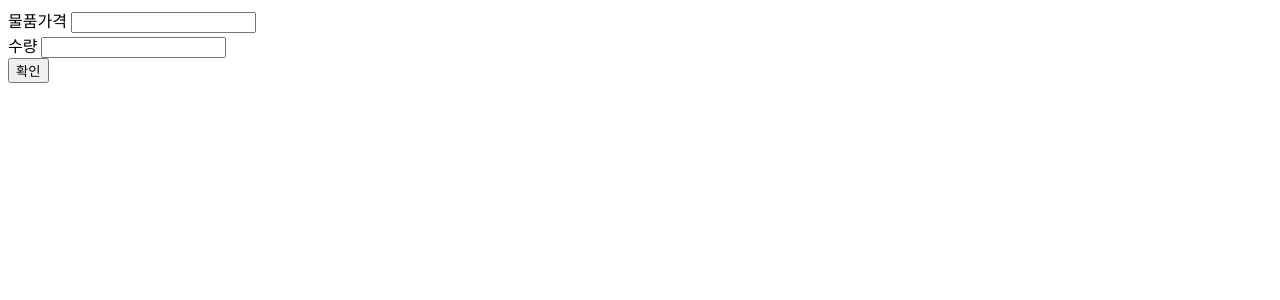
Repository: windy9109/FrontendClass
Page: webpro/src/main/webapp/0225/inputData.html
The author's editor kept a copy of each file at every save. The page is drawn from the files as they stood at one save, then again after the next save.
The browser window is 1280 px wide. The pictures show the whole page.

Above is the page before, as saved 2022-02-25 08:07:21.

After the next save:
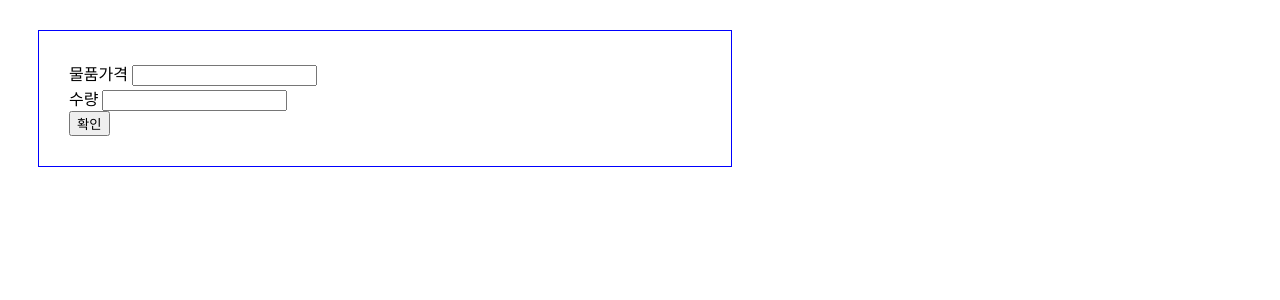
Saved 6 s later.
--- a/webpro/src/main/webapp/0225/inputData.html
+++ b/webpro/src/main/webapp/0225/inputData.html
@@ -4,7 +4,12 @@
 <meta charset="UTF-8">
 <title>Insert title here</title>
 <style>
-
+form{
+border: 1px solid blue;
+margin: 30px;
+padding: 30px;
+width:50%;
+}
 </style>
 
 </head>

After the save that followed:
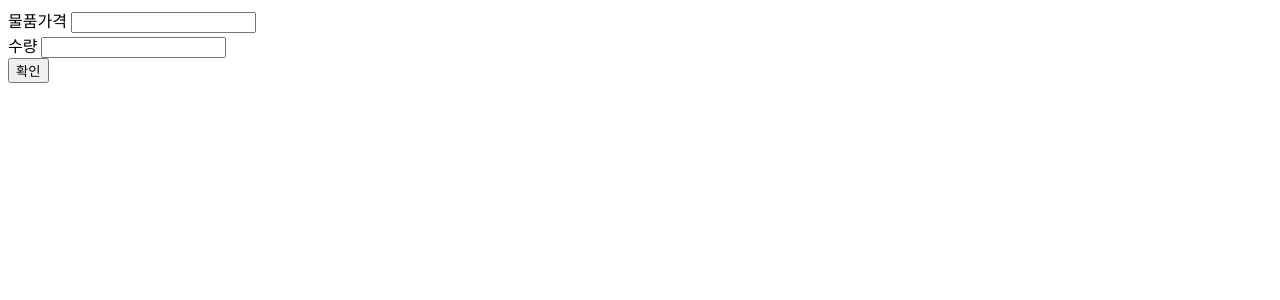
Saved 5 min 48 s later.
--- a/webpro/src/main/webapp/0225/inputData.html
+++ b/webpro/src/main/webapp/0225/inputData.html
@@ -3,14 +3,7 @@
 <head>
 <meta charset="UTF-8">
 <title>Insert title here</title>
-<style>
-form{
-border: 1px solid blue;
-margin: 30px;
-padding: 30px;
-width:50%;
-}
-</style>
+<link rel="stylesteet" href="" type="text/css">
 
 </head>
 <body>
